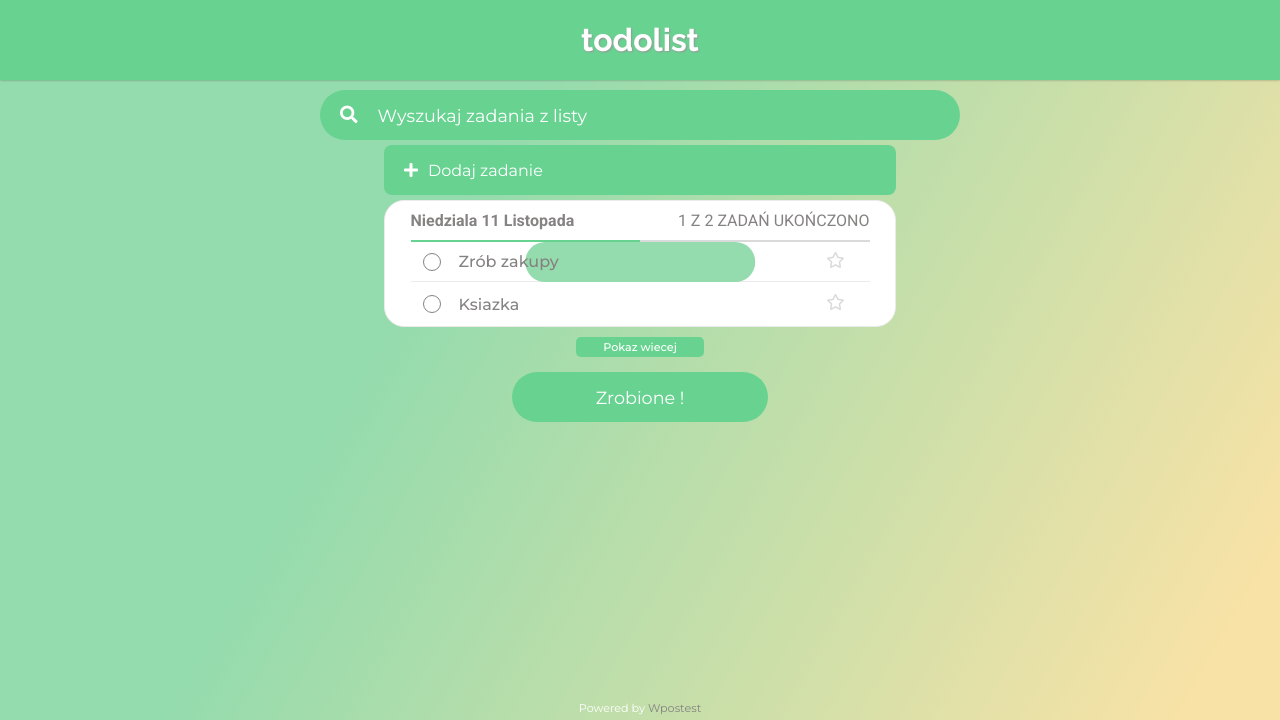
Repository: Wpostest/todolist
Page: src/index.html
An editor plug-in stored every save of this project. The page is shown before and after the next save, followed by the edit.
The browser window is 1280 px wide. The pictures show the whole page.
Some web libraries are served in a nearby version. The style sheet was rebuilt from its Sass, Less or Tailwind sources for each picture, by a compiler version that may differ from the author's.

Above is the page before, as saved 2020-01-29 16:12:06.

### src/index.html
<!DOCTYPE html>
<html lang="pl">
<head>
    <meta charset="UTF-8">
    <meta name="viewport" content="width=device-width, initial-scale=1.0">
    <meta http-equiv="X-UA-Compatible" content="ie=edge">
    <title>todolist</title>
    <link rel="stylesheet" href="css/app.css">
    <link href="https://fonts.googleapis.com/css?family=Lato:100,300,400,700|Montserrat:100,300,400,500,700|Open+Sans:300,400,700|Raleway:100,300,400,500,700|Roboto:100,300,400,500,700&display=swap" rel="stylesheet">
    <link rel="stylesheet" href="https://use.fontawesome.com/releases/v5.6.3/css/all.css" integrity="sha384-UHRtZLI+pbxtHCWp1t77Bi1L4ZtiqrqD80Kn4Z8NTSRyMA2Fd33n5dQ8lWUE00s/" crossorigin="anonymous">
</head>
<body>
    <header class="todolist__header">
        <h1 class="todolist__title">todolist</h1>
    </header>
    <section>
        <label class="todolist__search-wrapper" for="todolist__search">
            <i class="fas fa-search todolist__search-icon"></i>
            <input type="text" class="todolist__search" id="todolist__search" title="Szukaj" placeholder="Wyszukaj zadania z listy">
        </label>
        <label class="todolist__add-task-wrapper" for="todolist__add-task">
            <input type="text" class="todolist__add-task" id="todolist__add-task" title="Dodaj zadanie" placeholder="Dodaj zadanie">
            <i class="fas fa-plus todolist__add-task-icon"></i>
        </label>

        <ul class="todolist">
            <div class="todolist__information">
                <div class="todolist__current-time">Niedziala 11 Listopada</div>
                <div class="todolist__task-done-info">
                    <span class="todolist__count-done-task">1</span>
                    z
                    <span class="todolist__count-all-task">2</span>
                    zadań ukończono
                </div>
                <div class="todolist__line-done-percentage"></div>
            </div>
            <li class="todolist__task">
                <input type="checkbox" class="todolist__checkbox-done">
                <span>Zrób zakupy</span>
                <input type="checkbox" class="todolist__checkbox-star">
                <div class="checbox-done_background_animation"></div>
            </li>
            <li class="todolist__task">
                    <input type="checkbox" class="todolist__checkbox-done">
                    <span>Ksiazka</span>
                    <input type="checkbox" class="todolist__checkbox-star">
                </li>
            <!--<li>TEXT<input type="checkbox"><button>star-icon</button></li>-->
            <!--
                LISTA MA MIEC MAKSYMALNA WYSOKOSC PRZYCISK POKAZ WIECEJ MA USUWAC OGRANICZENIA WYSOKOSCI LUB WYSWIETLANYCH ELEMENTOW
                JEZELI UKONCZYSZ WSZYSTKIE ZADANIA MA POKAZAC SIE FAJNA ANIMACJA I ZNIKNAC PO KILKU SEKUNDACH
                CHECKBOX MA POKAZYWAC SIE Z LEWEJ STRONY
            -->
        </ul>
        <button class="todolist__show-more" title="Pokaż więcej zadań">Pokaz wiecej</button>
        <button class="todolist__done" title="Usuń skończone zadania z listy">Zrobione !</button>
    </section>
    <footer>
        <h6 class="todolist__copywrite">Powered by <a href="https://github.com/Wpostest/">Wpostest</a></h6>
    </footer>
    <script src="js/app.js"></script>
</body>
</html>

### src/sass/app.scss
@import 'reset';
@import 'variables';
@import 'components/checkboxes/checkbox_done.scss';
@import 'components/checkboxes/checkbox_star.scss';
@import 'todolist/todolist';

### src/sass/reset.scss
html, body, div, span, applet, object, iframe, h1, h2, h3, h4, h5, h6, p, blockquote, pre, a, abbr, acronym, address, big, cite, code, del, dfn, em, img, ins, kbd, q, s, samp, small, strike, strong, sub, sup, tt, var, b, u, i, center, dl, dt, dd, ol, ul, li, fieldset, form, label, legend, table, caption, tbody, tfoot, thead, tr, th, td, article, aside, canvas, details, embed, figure, figcaption, footer, header, hgroup, menu, nav, output, ruby, section, summary, time, mark, audio, video, input {
    margin: 0;
    padding: 0;
    border: 0;
    font-size: 100%;
    font: inherit;

    // Sposób wyliczania wysokości i szerokości elementu.
    // Szerokość elementu np 25% zawiera już paddingi oraz border.
    box-sizing: border-box;

    vertical-align: baseline; }

article, aside, details, figcaption, figure, footer, header, hgroup, menu, nav, section {
    display: block; }

a {
    text-decoration: none;
    outline: none;
}

button {
    outline: none;
}

ol, ul {
    list-style: none; }

blockquote, q {
    quotes: none; }

blockquote {
    &:before, &:after {
        content: '';
        content: none; } }

q {
    &:before, &:after {
        content: '';
        content: none; } }

table {
    border-collapse: collapse;
    border-spacing: 0; }

### src/sass/variables.scss
$background_primary: #68d391;
$background_secoundary: #94dbad;
$font-color_primary: #fff;
$font-color_secoundary: rgb(133, 130, 130);
$font-family_primary: 'Montserrat', sans-serif;
$font-family_secoundary: 'Roboto', sans-serif;
$font-size_xxl: 2rem;
$font-size_xl: 1.5rem;
$font-size_l: 1.1rem;
$font-size_m: 1rem;
$font-size_s: .9rem;
$font-size_xs: .7rem;
$font-size_xxs: .5rem;

### src/sass/components/checkboxes/checkbox_done.scss
.todolist__checkbox-done{
    position: relative;
    -webkit-appearance: none;
    display: inline-block;
    width: 18px;
    height: 18px;
    background-color: #fff;
    border-radius: 50%;
    border: 1px solid $font-color_secoundary;
    outline: none;
    margin-left: 12px;
    margin-right: 18px;
    cursor: pointer;
    z-index: 1;

    &::after{
        position: absolute;
        width: 100%;
        height: 100%;
        top: 13px;
        left: 12px;
        transform: translate(-50%, -50%);
        color: $font-color_primary;
        font-family: "Font Awesome 5 Free";
        font-weight: 900;
        content: "\f00c";
        font-size: 10px;
        opacity: 0;
    }

    &:checked{
        border: none;
        background-color: $background_primary;

        &~ span{
            text-decoration: line-through;
            color: $font-color_primary;
        }

        & ~ .checbox-done_background_animation{
            opacity: 1;
        }

        & ~ .todolist__checkbox-star::after{
            color: $font-color_primary;
        }

        &::after{
            opacity: 1;
        }
    }
}

.checbox-done_background_animation{
    position: absolute;
    top: 0px;
    left: 50%;
    transform: translateX(-50%);
    height: inherit;
    width: 50%;
    background: $background_secoundary;
    border-radius: 20px;
    transition: transform .3s, opacity .2s;
    z-index: 0;
    opacity: 1;
}

### src/sass/components/checkboxes/checkbox_star.scss
.todolist__checkbox-star{
    position: absolute;
    top: 50%;
    transform: translateY(-25%);
    right: 25px;
    width: 50px;
    height: 100%;
    -webkit-appearance: none;
    outline: none;
    text-align: right;
    z-index: 1;

    &::after{
        font-family: "Font Awesome 5 Free";
        font-weight: 500;
        content: "\f005";
        position: absolute;
        top: 0;
        left: 0;
        width: 100%;
        height: 100%;
        font-size: 1rem;
        opacity: 1;
        visibility: visible;
        color: #dadada;
    }

    &::before{
        font-family: "Font Awesome 5 Free";
        font-weight: 900;
        content: "\f005";
        position: absolute;
        top: 0;
        left: 0;
        width: 100%;
        height: 100%;
        color: #fff;
        font-size: 1rem;
        opacity: 0;
        visibility: hidden;
        color: #ffe46b;
    }

    &:checked{
        &::after{
            opacity: 0;
            visibility: hidden;
        }

        &::before{
            opacity: 1;
            visibility: visible;
        }
    }
}

### src/sass/todolist/todolist.scss
body{
    background: rgb(148,219,173);
    background: linear-gradient(120deg, rgba(148,219,173,1) 34%, rgba(248,226,166,1) 94%);
    height: 100vh;
}

.todolist__header{
    width: 100%;
    height: 80px;
    background-color: $background_primary;
    box-shadow: 0px -1px 3px 0px rgba(0,0,0,0.75);
    margin-bottom: 10px;

    .todolist__title{
        color: $font-color_primary;
        font-size: 2rem;
        font-family: 'Raleway', sans-serif;
        font-weight: 600;
        text-align: center;
        text-shadow: 1px 1px 2px rgba(150, 150, 150, 1);
        line-height: 80px;
    }
}

section{
    display: flex;
    flex-direction: column;
    align-items: center;
}

.todolist__search-wrapper{
    background-color: $background_primary;
    width: 50%;
    height: 50px;
    border-radius: 50px;
    display: flex;
    flex-direction: row;
    justify-content: flex-start;
    align-items: center;
    margin-bottom: 5px;

    &:hover{
        //box-shadow: 0 1px 2px 0 rgba(32,33,36,0.28);
    }

    .todolist__search-icon{
        color: $font-color_primary;
        margin-left: 20px;
        font-size: $font-size_l;
    }

    .todolist__search{
        color: $font-color_primary;
        outline: none;
        margin-left: 20px;
        margin-right: 50px;
        width: 100%;
        height: 80%;
        background-color: $background_primary;
        font-size: $font-size_l;
        font-family: $font-family_primary;

        &::placeholder{
            color: $font-color_primary;
        }

        &:focus{
            &::placeholder{
                opacity: 0;
                visibility: hidden;
            }
        }
    }
}

.todolist__add-task-wrapper{
    background-color: $background_primary;
    width: 40%;
    height: 50px;
    border-radius: 8px;
    display: flex;
    flex-direction: row-reverse;
    justify-content: flex-start;
    align-items: center;
    margin-bottom: 5px;

    .todolist__add-task-icon{
        color: $font-color_primary;
        margin-left: 20px;
        font-size: $font-size_m;
    }

    .todolist__add-task{
        color: $font-color_primary;
        outline: none;
        margin-left: 10px;
        margin-right: 50px;
        width: 100%;
        height: 80%;
        background-color: $background_primary;
        font-size: $font-size_m;
        font-family: $font-family_primary;

        &:hover{
            //box-shadow: 0 1px 2px 0 rgba(32,33,36,0.28);
        }

        &::placeholder{
            color: $font-color_primary;
        }

        &:focus{
            &::placeholder{
                opacity: 0;
                visibility: hidden;
            }

            & ~ .todolist__add-task-icon{
                transition: transform .7s;
                transform: rotate(360deg);
            }
        }
    }
}

.todolist{
    width: 40%;
    background: #fff;
    border-radius: 20px;
    border: 1px solid #ebebeb;
    margin-bottom: 10px;

    .todolist__task{

        span{
            z-index: 1;
        }
    }

    .todolist__information{
        width: 90%;
        margin-left: auto;
        margin-right: auto;
        color: $font-color_secoundary;
        font-weight: 600;
        padding-top: 10px;
        font-family: $font-family_secoundary;
        display: flex;
        flex-direction: row;
        flex-wrap: wrap;

        .todolist__current-time{
            font-size: $font-size_m;
            width: 50%;
        }

        .todolist__task-done-info{
            font-weight: 400;
            width: 50%;
            text-align: right;
            text-transform: uppercase;
        }

        .todolist__line-done-percentage{
            width: 100%;
            height: 2px;
            background: linear-gradient(to right, $background_primary 0%, $background_primary 50%, #dadada 50%, #dadada 100%);
            margin-top: 10px;
        }
    }

    .todolist__task{
        margin-left: auto;
        margin-right: auto;
        width: 90%;
        color: $font-color_secoundary;
        height: 40px;
        background-color: #fff;
        font-size: $font-size_m;
        font-weight: 500;
        font-family: $font-family_primary;
        display: flex;
        flex-direction: row;
        justify-content: flex-start;
        align-items: center;
        margin-bottom: 2px;
        position: relative;
        border-bottom: 1px solid #ebebeb;

        &:last-child{
            border: none;
        }
    }
}

.todolist__show-more{
    background-color: $background_primary;
    border: none;
    border-radius: 5px;
    width: 10%;
    height: 20px;
    color: $font-color_primary;
    font-size: $font-size_xs;
    font-weight: 500;
    font-family: $font-family_primary;
    cursor: pointer;
    margin-bottom: 15px;
}

.todolist__done{
    background-color: $background_primary;
    border: none;
    border-radius: 25px;
    width: 20%;
    height: 50px;
    color: $font-color_primary;
    font-size: $font-size_l;
    font-family: $font-family_primary;
    cursor: pointer;
    transition: transform .5s;
}

.todolist__copywrite{
    font-size: $font-size_xs;
    color: $font-color_primary;
    position: absolute;
    left: 50%;
    bottom: 5px;
    transform: translateX(-50%);
    font-family: $font-family_primary;

    a{
        color: $font-color_secoundary;
    }
}

Loaded but not shown: src/js/app.js (no stored copy; drawn as an empty file)

After the next save:
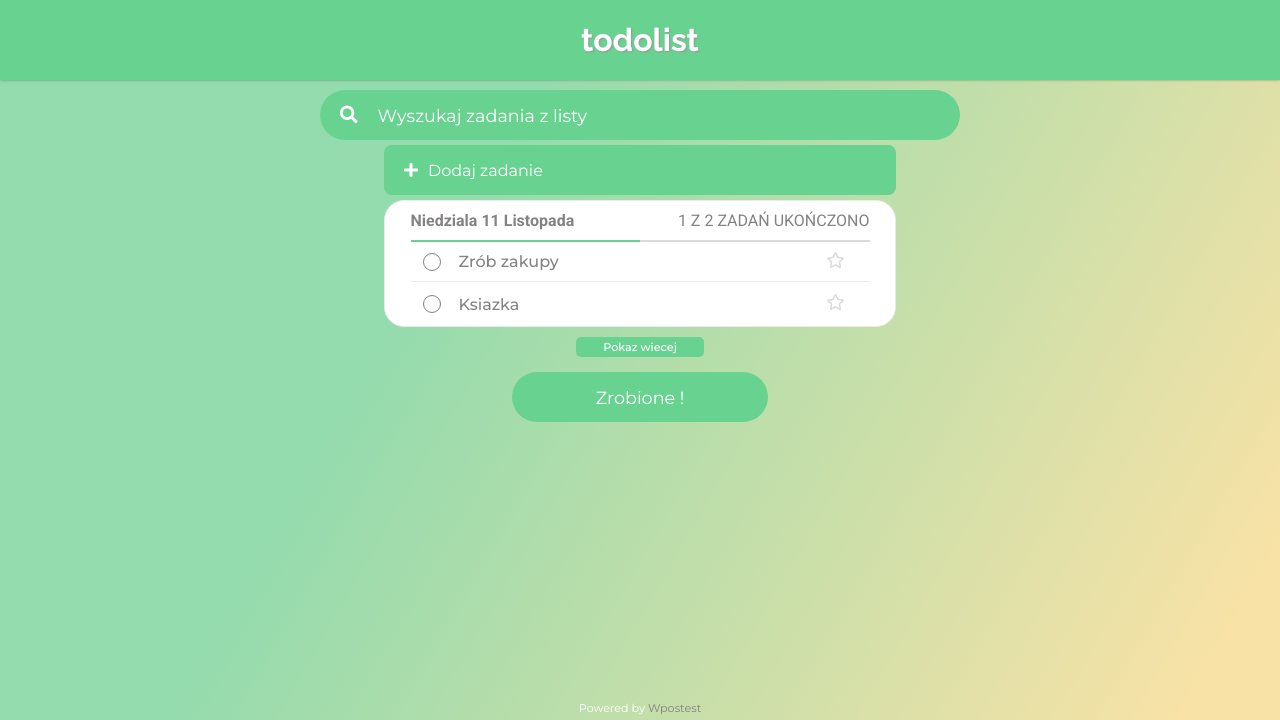
Saved 5 s later.
--- a/src/sass/components/checkboxes/checkbox_done.scss
+++ b/src/sass/components/checkboxes/checkbox_done.scss
@@ -57,7 +57,7 @@
     left: 50%;
     transform: translateX(-50%);
     height: inherit;
-    width: 50%;
+    width: 0;
     background: $background_secoundary;
     border-radius: 20px;
     transition: transform .3s, opacity .2s;
